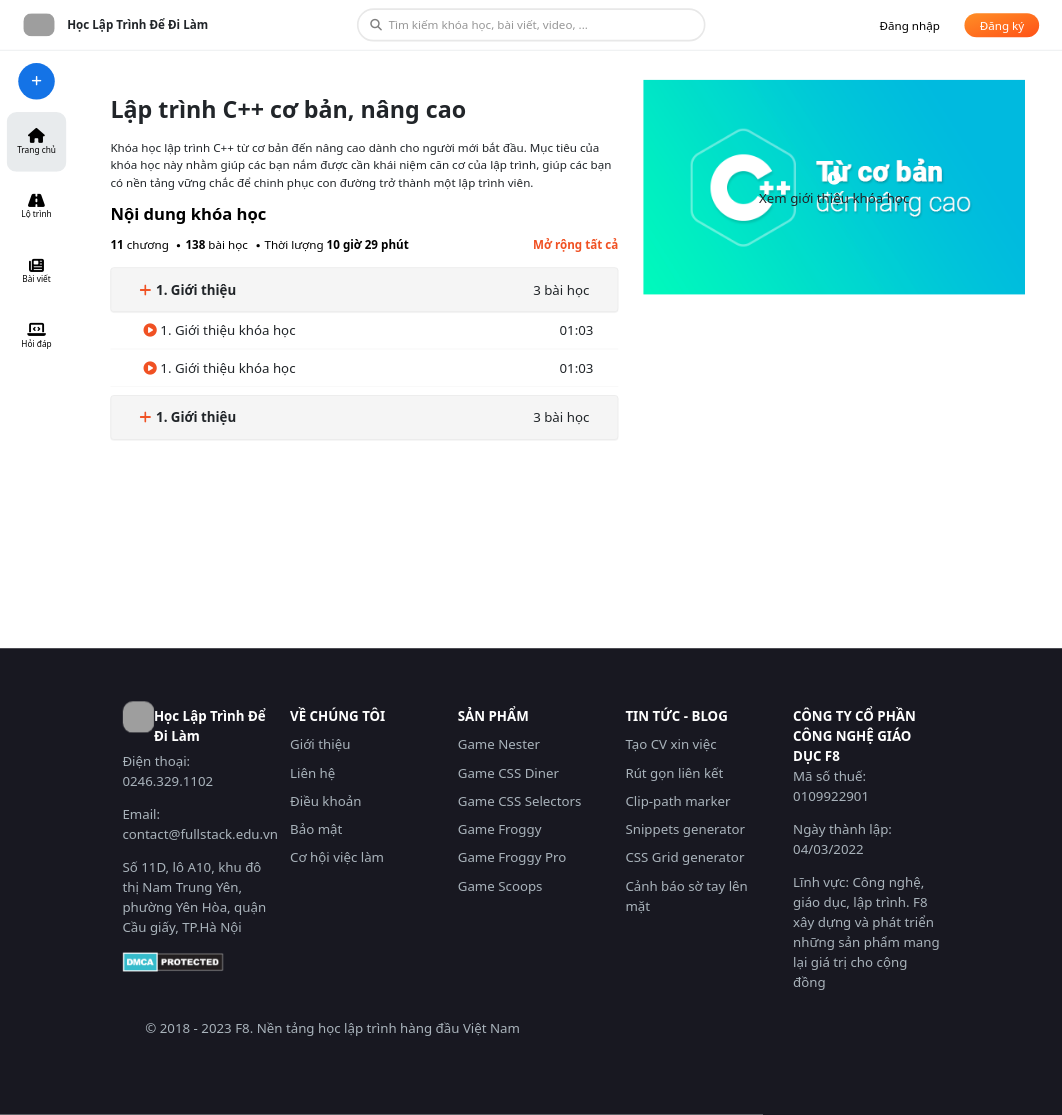
Repository: Quoc-Thang/projectasm
Page: introcourse.html
These files come from the project's save history. The page is drawn as it stood at one moment and after the next save; the edit follows.
The browser window is 1280 px wide. The pictures show the whole page, at 83% of full size.
Pictures or frames that could not be fetched are drawn as grey boxes. Some web libraries are served in a nearby version.

Above is the page before, as saved 2023-11-26 22:09:04.

### introcourse.html
<!DOCTYPE html>
<html lang="vi">
  <head>
    <meta charset="UTF-8" />
    <meta name="viewport" content="width=device-width, initial-scale=1.0" />
    <title>F8 - Học lập trình để đi làm</title>
    <!-- Preconnect -->
    <link rel="preconnect" href="https://unpkg.com/aos@2.3.1" />
    <link
      rel="preconnect"
      href="https://cdn.jsdelivr.net/npm/bootstrap@5.3.2" />
    <link rel="preconnect" href="https://kit.fontawesome.com" />
    <link rel="preconnect" href="https://fonts.googleapis.com" />
    <link rel="preconnect" href="https://fonts.gstatic.com" crossorigin />

    <!-- AOS -->
    <link href="https://unpkg.com/aos@2.3.1/dist/aos.css" rel="stylesheet" />

    <!-- Bootstrap -->
    <link
      href="https://cdn.jsdelivr.net/npm/bootstrap@5.3.2/dist/css/bootstrap.min.css"
      rel="stylesheet"
      integrity="sha384-T3c6CoIi6uLrA9TneNEoa7RxnatzjcDSCmG1MXxSR1GAsXEV/Dwwykc2MPK8M2HN"
      crossorigin="anonymous" />

    <!-- Google Fonts -->
    <link
      href="https://fonts.googleapis.com/css2?family=Poppins:wght@100;200;300;400&family=Roboto:wght@100;300;400&display=swap"
      rel="stylesheet" />

    <!-- CSS -->
    <link rel="stylesheet" href="./view/assets/css/reset.css" />
    <link rel="stylesheet" href="./view/assets/css/synthetic.css" />
    <link rel="stylesheet" href="./view/assets/css/header.css" />
    <link rel="stylesheet" href="./view/assets/css/nav.css" />
    <link rel="stylesheet" href="./view/assets/css/slider.css" />
    <link rel="stylesheet" href="./view/assets/css/wrappercontent.css" />
    <link rel="stylesheet" href="./view/assets/css/footer.css" />
    <link rel="stylesheet" href="./view/assets/css/introcourse.css">
  </head>

  <body>
    <!-- Content -->
    <div id="wrapper">
      <!-- Header -->
      <header>
        <div class="row wrap-header">
          <!-- Logo Website -->
          <div class="col-4">
            <div class="logo">
              <a href="/">
                <img src="./view/assets/image/Logo.png" alt="Logo Website" />
              </a>
              <h4 class="logoTxt">Học Lập Trình Để Đi Làm</h4>
            </div>
          </div>

          <!-- Search -->
          <div class="col-4">
            <div class="form-search">
              <form action="" method="post">
                <div class="form">
                  <button type="submit">
                    <i class="fa-solid fa-magnifying-glass"></i>
                  </button>
                  <input
                    type="search"
                    placeholder="Tìm kiếm khóa học, bài viết, video, ..."
                    name="searchTxt"
                    id="search-input"
                    autocomplete="off"
                    />
                </div>
              </form>
              <div class="card-search">
                <div class="heading-card-search">
                  <i class="fa-solid fa-magnifying-glass"></i>
                  <span>Kết quả tìm kiếm cho:</span>
                </div>
                <div class="content-card-search">
                  <div class="title-content">
                    <h2>
                      Khóa học
                    </h2>
                    <a href="#">
                      Xem thêm
                    </a>
                  </div>
                  <ul class="main-content" id="apiData">
                    <li>
                      <a href="#">
                        <img src="./view/assets/image/htmlcsszerohero.png" alt="Image course">
                        <span>
                          HTML, CSS từ cơ bản đến nâng cao
                        </span>
                      </a>
                    </li>
                    <li>
                      <a href="#">
                        <img src="./view/assets/image/htmlcsspro.png" alt="Image course">
                        <span>
                          HTML, CSS Pro
                        </span>
                      </a>
                    </li>
                    <li>
                      <a href="#">
                        <img src="./view/assets/image/sass.png" alt="Image course">
                        <span>
                          Ngôn ngữ tiền xử lý sass
                        </span>
                      </a>
                    </li>
                  </ul>
                </div>
              </div>
            </div>
          </div>

          <!-- Account -->
          <div class="col-4">
            <div class="account">
              <div class="login">
                <a class="openLogin" href="javascript:void(0)"> Đăng nhập </a>
              </div>
              <div class="signup">
                <a class="openSignup" href="javascript:void(0)"> Đăng ký </a>
              </div>
            </div>
          </div>
        </div>
      </header>

      <main id="main-content">
        <!-- Sidebar -->
        <nav class="menu-sidebar">
          <div class="sidebar">
            <div id="news-post" onclick="newsPost()">
              <a id="rotate" href="javascript:void(0)">
                <i class="fa-solid fa-plus"></i>
              </a>
              <span id="model-news">Thêm tin tức mới</span>
            </div>
            <ul>
              <li>
                <a class="menu-sidebar active" href="#">
                  <i class="fa-solid fa-house"></i>
                  <span class="txt-menu"> Trang chủ </span>
                </a>
              </li>
              <li>
                <a class="menu-sidebar" href="#">
                  <i class="fa-solid fa-road"></i>
                  <span class="txt-menu"> Lộ trình </span></a
                >
              </li>
              <li>
                <a class="menu-sidebar" href="#">
                  <i class="fa-solid fa-newspaper"></i>
                  <span class="txt-menu"> Bài viết </span></a
                >
              </li>
              <li>
                <a class="menu-sidebar" href="#">
                  <i class="fa-solid fa-laptop-code"></i>
                  <span class="txt-menu"> Hỏi đáp </span></a
                >
              </li>
            </ul>
          </div>
        </nav>

        <!-- Article -->
        <article id="main">

          <!-- Wrapper Content Main -->
          <div class="wrapper-content">
            <div class="intro-course">
              <div class="content-course">
                <div class="heading-course">
                  <h1 class="title-heading-course">
                    Lập trình C++ cơ bản, nâng cao
                  </h1>
                  <p class="desc-course">
                    Khóa học lập trình C++ từ cơ bản đến nâng cao dành cho người mới bắt đầu. Mục tiêu của khóa học này nhằm giúp các bạn nắm được cần khái niệm căn cơ của lập trình, giúp các bạn có nền tảng vững chắc để chinh phục con đường trở thành một lập trình viên.
                  </p>
                </div>
                <div class="main-content-course">
                  <div class="content-course-top">
                    <h2 class="title-course">
                      Nội dung khóa học
                    </h2>
                    <div class="desc-content-course">
                      <ul>
                        <li>
                          <a href="#">
                            <strong>
                              11
                            </strong>
                            chương
                          </a>
                        </li>
                        <li>
                          <a href="#">
                            <strong>
                              138
                            </strong>
                            bài học
                          </a>
                        </li>
                        <li>
                          <a href="#">
                            Thời lượng
                            <strong>
                              10 giờ 29 phút
                            </strong>
                          </a>
                        </li>
                      </ul>
                      <a class="read-more" href="#">
                        Mở rộng tất cả
                      </a>
                    </div>
                  </div>

                    <div class="list-panels-course">
                      <div class="list-panel-course">
                        <div class="panel-left">
                          <div class="icon-panel">
                              <i class="fa-solid fa-plus" style="color: #f05123;"></i>
                              <i class="fa-solid fa-minus" style="color: #f05123;"></i>
                          </div>
                          <span>
                            1. Giới thiệu
                          </span>
                        </div>
                        <div class="panel-right">
                          <span>
                            3 bài học
                          </soan>
                        </div>
                      </div>

                      <!-- List tab panel -->
                      <div class="list-tab-panel">
                        <!-- Tab panel -->
                        <div class="tab-panel">
                          <span class="desc-panel">
                            <i class="fa-solid fa-circle-play" style="color: #f05123;"></i>
                            1. Giới thiệu khóa học
                          </span>
                          <span class="desc-time">
                            01:03
                          </span>
                        </div>

                        <div class="tab-panel">
                          <span class="desc-panel">
                            <i class="fa-solid fa-circle-play" style="color: #f05123;"></i>
                            1. Giới thiệu khóa học
                          </span>
                          <span class="desc-time">
                            01:03
                          </span>
                        </div>
                      </div>
                    </div>

                    <div class="list-panels-course">
                      <div class="list-panel-course">
                        <div class="panel-left">
                          <div class="icon-panel">
                              <i class="fa-solid fa-plus" style="color: #f05123;"></i>
                              <i class="fa-solid fa-minus" style="color: #f05123;"></i>
                          </div>
                          <span>
                            1. Giới thiệu
                          </span>
                        </div>
                        <div class="panel-right">
                          <span>
                            3 bài học
                          </soan>
                        </div>
                      </div>
                    <!-- List tab panel -->
                    <div class="list-tab-panel">
                      <!-- Tab panel -->
                      <div class="tab-panel">
                        <span class="desc-panel">
                          <i class="fa-solid fa-circle-play" style="color: #f05123;"></i>
                          1. Giới thiệu khóa học
                        </span>
                        <span class="desc-time">
                          01:03
                        </span>
                      </div>

                      <div class="tab-panel">
                        <span class="desc-panel">
                          <i class="fa-solid fa-circle-play" style="color: #f05123;"></i>
                          1. Giới thiệu khóa học
                        </span>
                        <span class="desc-time">
                          01:03
                        </span>
                      </div>
                    </div>
                  </div>
                </div>
              </div>
              <div class="video-course">
                <figure>
                  <img src="./view/assets/image/cppcobannangcao.png" alt="Video Course">
                  <figcaption>
                    <div class="play-video">
                      <i class="fa-solid fa-circle-play" style="color: #ffffff;"></i>
                    </div>
                    <div class="see-video">
                      Xem giới thiệu khóa học
                    </div>
                  </figcaption>
                </figure>
              </div>
            </div>
          </div>
        </article>
      </main>

      <!-- Footer -->
      <footer>
        <div class="content-footer">
          <!-- Footer top -->
          <div class="footer-top">
            <!-- Slogan -->
            <div class="slogan content-column-footer">
              <div class="footer-slogan title-footer">
                <figure>
                  <img src="./view/assets/image/Logo.png" alt="Logo Website" />
                </figure>
                <figcaption>
                  <span class="txt-slogan"> Học lập trình để đi làm </span>
                </figcaption>
              </div>
              <div class="footer-contact-list">
                <ul>
                  <li>
                    <p>Điện thoại: 0246.329.1102</p>
                  </li>
                  <li>
                    <p>Email: contact@fullstack.edu.vn</p>
                  </li>
                  <li>
                    <p>
                      Số 11D, lô A10, khu đô thị Nam Trung Yên, phường Yên Hòa,
                      quận Cầu giấy, TP.Hà Nội
                    </p>
                  </li>
                </ul>
              </div>
              <div class="footer-protect">
                <figure>
                  <a href="#">
                    <img
                      src="./view/assets/image/dmca.png"
                      alt="DMCA Protect" />
                  </a>
                </figure>
              </div>
            </div>

            <!-- About us -->
            <div class="about content-column-footer">
              <div class="title-footer about-us">
                <span>Về chúng tôi</span>
              </div>
              <nav class="list-about">
                <ul>
                  <li><a href="#">Giới thiệu</a></li>
                  <li><a href="#">Liên hệ</a></li>
                  <li><a href="#">Điều khoản</a></li>
                  <li><a href="#">Bảo mật</a></li>
                  <li><a href="#">Cơ hội việc làm</a></li>
                </ul>
              </nav>
            </div>

            <!-- Products -->
            <div class="product content-column-footer">
              <div class="title-footer product-type">
                <span>Sản phẩm</span>
              </div>
              <nav class="list-product">
                <ul>
                  <li><a href="#">Game Nester</a></li>
                  <li><a href="#">Game CSS Diner</a></li>
                  <li><a href="#">Game CSS Selectors</a></li>
                  <li><a href="#">Game Froggy</a></li>
                  <li><a href="#">Game Froggy Pro</a></li>
                  <li><a href="#">Game Scoops</a></li>
                </ul>
              </nav>
            </div>

            <!-- Tools -->
            <div class="tools content-column-footer">
              <div class="title-footer tools-type">
                <span>Tin tức - Blog</span>
              </div>
              <nav class="list-tools">
                <ul>
                  <li><a href="#">Tạo CV xin việc</a></li>
                  <li><a href="#">Rút gọn liên kết</a></li>
                  <li><a href="#">Clip-path marker</a></li>
                  <li><a href="#">Snippets generator</a></li>
                  <li><a href="#">CSS Grid generator</a></li>
                  <li><a href="#">Cảnh báo sờ tay lên mặt</a></li>
                </ul>
              </nav>
            </div>

            <!-- Company -->
            <div class="company content-column-footer">
              <div class="title-footer company-type">
                <span>Công ty cổ phần công nghệ giáo dục F8</span>
              </div>
              <nav class="list-company">
                <ul>
                  <li>
                    <p href="#">Mã số thuế: <span>0109922901</span></p>
                  </li>
                  <li>
                    <p href="#">Ngày thành lập: <span>04/03/2022</span></p>
                  </li>
                  <li>
                    <p href="#">
                      Lĩnh vực:
                      <span
                        >Công nghệ, giáo dục, lập trình. F8 xây dựng và phát
                        triển những sản phẩm mang lại giá trị cho cộng đồng
                      </span>
                    </p>
                  </li>
                </ul>
              </nav>
            </div>
          </div>

          <!-- Footer bottom -->
          <div class="footer-bottom">
            <div class="copyright">
              <p>© 2018 - 2023 F8. Nền tảng học lập trình hàng đầu Việt Nam</p>
            </div>
            <div class="social-media">
              <!-- <img src="/images/icons/facebook.svg" alt="" />
              <img src="/images/icons/instagram.svg" alt="" />
              <img src="/images/icons/twitter.svg" alt="" />
              <img src="/images/icons/linkedin.svg" alt="" /> -->
            </div>
          </div>
          </div>
        </div>
      </footer>
    </div>
    <!-- Javascript -->
    <script src="./view/assets/javascript/sidebar.js"></script>
    <script src="./view/assets/javascript/introcourse.js"></script>
    <script src="./view/assets/javascript/formsearch.js"></script>
    <script src="./view/assets/javascript/formlogin.js"></script>
    <script src="./view/assets/javascript/formsignup.js"></script>

    <!-- Font Awesome -->
    <script
      src="https://kit.fontawesome.com/3e006365dd.js"
      crossorigin="anonymous"></script>

    <!-- Bootstrap -->
    <script
      src="https://cdn.jsdelivr.net/npm/bootstrap@5.3.2/dist/js/bootstrap.bundle.min.js"
      integrity="sha384-C6RzsynM9kWDrMNeT87bh95OGNyZPhcTNXj1NW7RuBCsyN/o0jlpcV8Qyq46cDfL"
      crossorigin="anonymous"></script>

    <!-- AOS -->
    <script src="https://unpkg.com/aos@2.3.1/dist/aos.js"></script>
    <script>
      AOS.init();
    </script>
  </body>
</html>

### view/assets/css/synthetic.css
:root {
  --system-ui: system-ui, "Segoe UI", Roboto, Helvetica, Arial, sans-serif,
    "Apple Color Emoji", "Segoe UI Emoji", "Segoe UI Symbol";
  --font-code: "SF Mono", monospace;
}

html,
body {
  min-height: 100% !important;
  height: 100%;
}

body {
  font-family: var(--system-ui);
  scroll-behavior: smooth;
  overflow-x: hidden;
}

main {
  display: flex;
}

#main {
  display: flex;
  flex-direction: column;
}

article {
  display: flex;
  min-width: 100vh;
}

#wrapper {
  width: 100%;
}

/* width */
::-webkit-scrollbar {
  width: 8px;
}

/* Track */
::-webkit-scrollbar-track {
  box-shadow: inset 0 0 5px grey;
  /* border-radius: 8px; */
}

/* Handle */
::-webkit-scrollbar-thumb {
  background: #a9a9a9;
  border-radius: 4px;
}

/* Handle on hover */
::-webkit-scrollbar-thumb:hover {
  background: #a9a9a9;
}

ul {
  list-style-type: none;
  margin: 0;
  padding: 0;
}

a {
  text-decoration: none;
}

### view/assets/css/footer.css
:root {
  --background-color: #fff;
  --border-bottom: #e8ebed;
  --border-color: #1473e6;
  --background-hover: #f5f5f5;
  --border: #e8e8e8;
  --color-txt: #000;
  --background-color-menu: #f0f0f0;
  --background-txt: linear-gradient(to right bottom, #ff8f26, #ff5117);
  --cta-hover-color-one: #6828fa;
}

footer {
  background-color: #181821;
  color: #a9b3bb;
  padding: 70px 0 60px;
  height: 100%;
  width: 100%;
  display: flex;
  justify-content: center;
}

footer a {
  color: #a9b3bb;
  margin: 10px 0;
  display: block;
}

.content-footer {
  display: flex;
  flex-wrap: wrap;
  flex-direction: column;
  width: 100%;
  max-width: calc(100% - 350px);
  justify-content: center;
}

.footer-top {
  display: flex;
  flex-direction: row;
  justify-content: center;
  align-items: flex-start;
  flex-wrap: wrap;
  margin-left: -40px;
  margin-right: -40px;
}

.content-column-footer {
  width: calc(20% - 25px);
  margin-left: 25px;
}

.content-column-footer:first-child {
  margin-left: 0;
}

.title-footer {
  color: var(--background-color);
  text-transform: uppercase;
  font-size: 16px;
  font-weight: 600;
}

.footer-slogan figure {
  transform: translateY(-6px);
}

.txt-slogan {
  text-transform: capitalize;
}

.footer-slogan {
  display: flex;
  flex-direction: row;
}

.footer-slogan img {
  height: 38px;
  width: 38px;
  border-radius: 12px;
}

.footer-bottom {
  display: flex;
  flex-direction: row;
  justify-content: space-between;
  padding: 1rem 0;
  align-items: center;
  width: calc(100% - 350px);
}

### view/assets/css/introcourse.css
:root {
  --primary-color: #f05123;
  --background-color: #fff;
  --border-bottom: #e8ebed;
  --border-color: #1473e6;
  --background-hover: #f5f5f5;
  --border: #e8e8e8;
  --color-txt: #000;
  --background-color-menu: #f0f0f0;
}

.intro-course {
  display: flex;
  flex-direction: row;
}

.content-course {
  padding: 0 30px 0 0;
  /* color: #000; */
}

.title-heading-course {
  font-weight: 700;
  font-size: 28px;
}

.desc-course {
  font-size: 14px;
}

.list-panels-course {
  margin-bottom: 10px;
}

.title-course {
  font-size: 20px;
  font-weight: 700;
}

.desc-content-course {
  display: flex;
  gap: 20px;
  align-items: center;
  justify-content: space-between;
  margin-bottom: 16px;
}

.desc-content-course ul {
  display: flex;
  gap: 20px;
}

.desc-content-course ul li {
  position: relative;
}

.desc-content-course ul li:not(:last-child):after {
  content: "";
  position: absolute;
  border-radius: 50%;
  height: 4px;
  width: 4px;
  background-color: var(--color-txt);
  top: 50%;
  margin-left: 10px;
}

.desc-content-course a {
  color: var(--color-txt);
  font-size: 14px;
}

.read-more {
  color: var(--primary-color) !important;
  font-weight: 600;
  margin-right: 0;
}

.list-panel-course,
.panel-left {
  display: flex;
  gap: 20px;
  cursor: pointer;
}

.panel-left span {
  font-weight: 600;
}

.list-panel-course {
  justify-content: space-between;
  background-color: var(--background-hover);
  padding: 14px 34px;
  border-radius: 4px;
  box-shadow: 0 1px 1px rgba(0, 0, 0, 0.05);
  border: 1px solid #ebebeb;
  position: sticky;
  top: 0;
}

.icon-panel {
  position: relative;
}

.fa-plus,
.fa-minus {
  position: absolute;
  top: 50%;
  transform: translateY(-50%);
}

.list-tab-panel {
  width: 100%;
  height: 100%;
  /* display: flex; */
  /* flex-direction: column; */
  display: none;
}

.tab-panel {
  display: flex;
  justify-content: space-between;
  border: 1px solid #00000008;
  border-right: 0;
  border-top: 0;
  border-left: 0;
  padding: 10px 30px 10px 40px;
}

.fa-play {
  background-color: var(--primary-color);
  height: 14px;
  width: 14px;
  border-radius: 50%;
}

.video-course figure {
  display: flex;
  position: relative;
  justify-content: center;
  align-items: center;
}

.video-course figcaption {
  position: absolute;
  top: 50%;
  left: 50%;
  transform: translate(-50%, -50%);
  text-align: center;
}

Loaded but not shown: view/assets/css/reset.css (common file); view/assets/javascript/formsignup.js (252 lines, source omitted); view/assets/javascript/formlogin.js (244 lines, source omitted); view/assets/javascript/introcourse.js (40 lines, source omitted); view/assets/javascript/sidebar.js (29 lines, source omitted); view/assets/javascript/formsearch.js (20 lines, source omitted); view/assets/css/slider.css (230 lines, source omitted); view/assets/css/wrappercontent.css (239 lines, source omitted); view/assets/css/nav.css (142 lines, source omitted); view/assets/css/header.css (164 lines, source omitted)

After the next save:
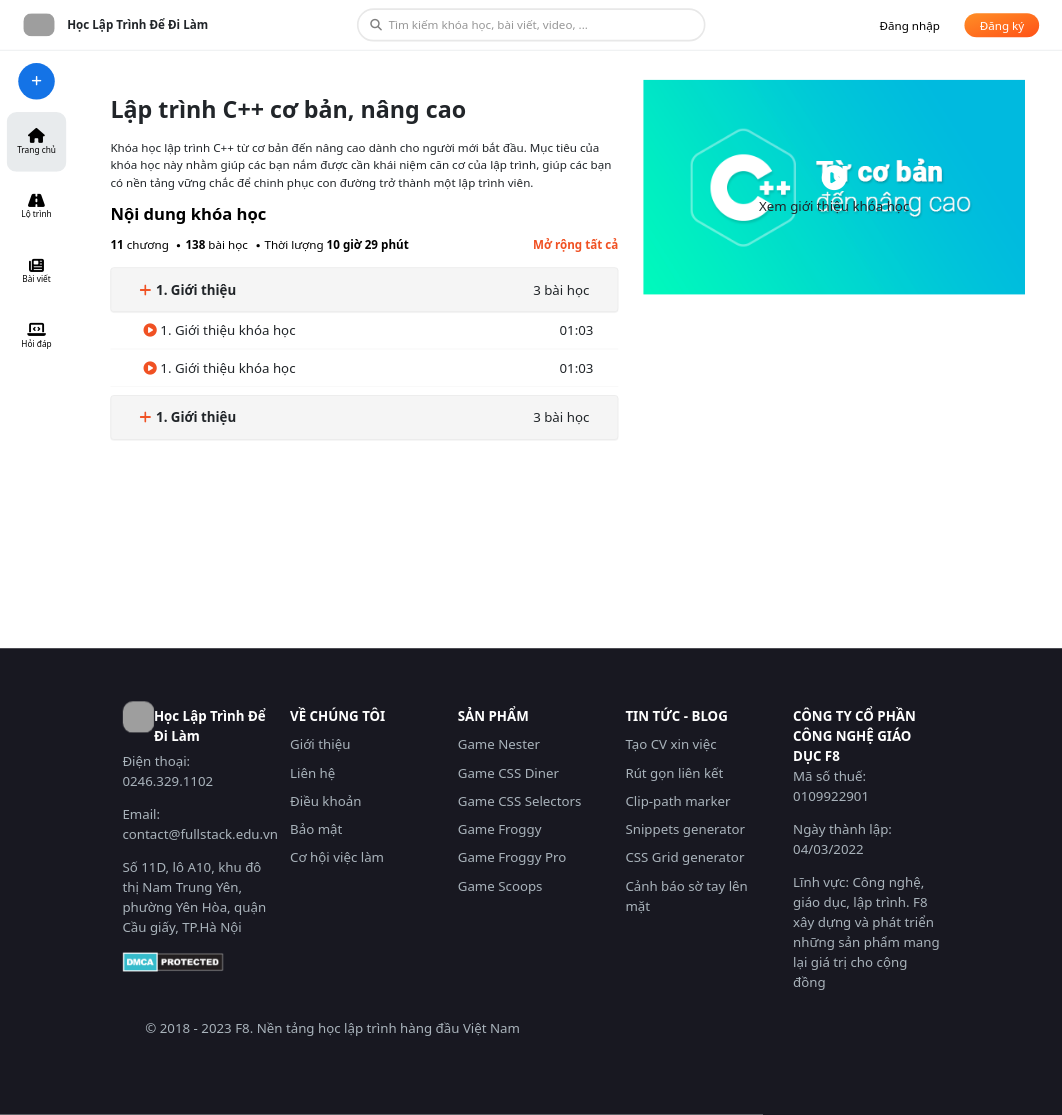
Saved 26 s later.
--- a/view/assets/css/introcourse.css
+++ b/view/assets/css/introcourse.css
@@ -148,3 +148,7 @@
   transform: translate(-50%, -50%);
   text-align: center;
 }
+
+.play-video {
+  font-size: 30px;
+}
